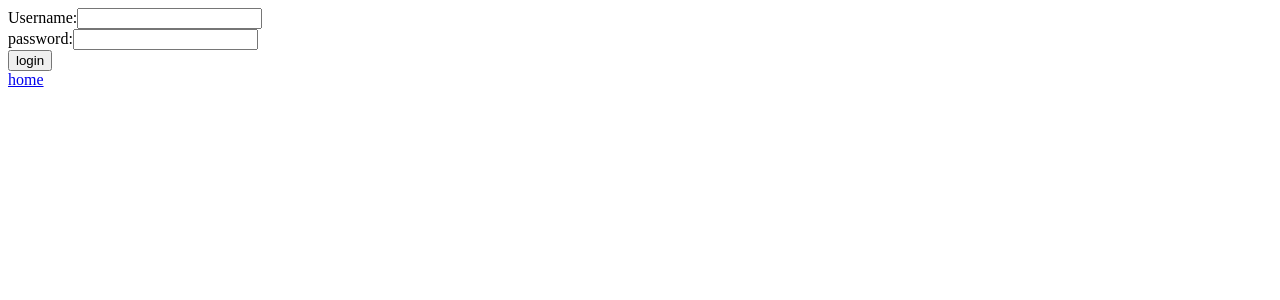
Repository: anil1581994/SpringBasicProgram
Page: http://localhost/MvcLoginRegistration/login
An editor plug-in stored every save of this project. The page is shown before and after the next save, followed by the edit.
The browser window is 1280 px wide. The pictures show the whole page.
The page is served by Tomcat 9. Other server files are loaded and not shown.

Above is the page before, as saved 2018-02-15 10:46:20.

### MvcLoginRegistration/src/main/webapp/WEB-INF/jsp/login.jsp
<%@ taglib prefix="form" uri="http://www.springframework.org/tags/form"%>
<%@ page language="java" contentType="text/html; charset=ISO-8859-1"
	pageEncoding="ISO-8859-1"%>
<!DOCTYPE html PUBLIC "-//W3C//DTD HTML 4.01 Transitional//EN" "http://www.w3.org/TR/html4/loose.dtd">
<html>
<head>
<meta http-equiv="Content-Type" content="text/html; charset=ISO-8859-1">
<title>Login</title>
</head>
<body>
	<form action="loginProcess" method="post" modelAttribute="login">
		Username:<input type="username" name="username"><br>
		password:<input type="password" name=password><br>
		<input type="submit" value="login">

	</form>
	<a href="/WEB-INF/jsp/home.jsp">home</a>
</body>
</html>

After the next save:
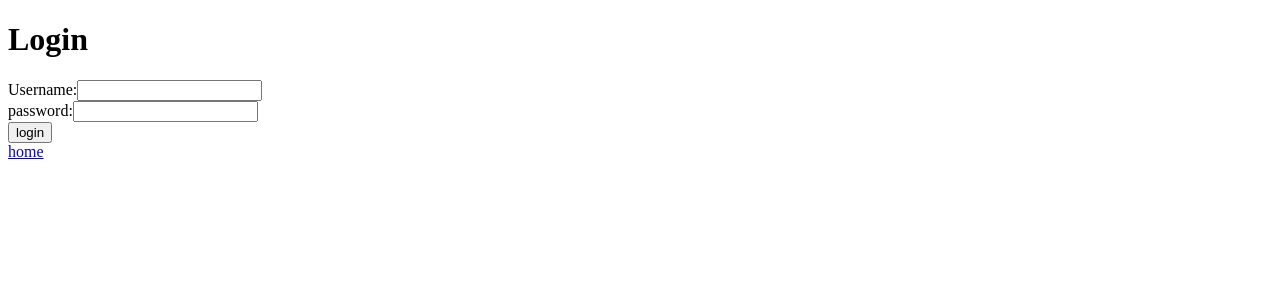
Saved 9 min 0 s later.
--- a/MvcLoginRegistration/src/main/webapp/WEB-INF/jsp/login.jsp
+++ b/MvcLoginRegistration/src/main/webapp/WEB-INF/jsp/login.jsp
@@ -8,6 +8,7 @@
 <title>Login</title>
 </head>
 <body>
+    <h1 aligin="center">Login</h1>
 	<form action="loginProcess" method="post" modelAttribute="login">
 		Username:<input type="username" name="username"><br>
 		password:<input type="password" name=password><br>
